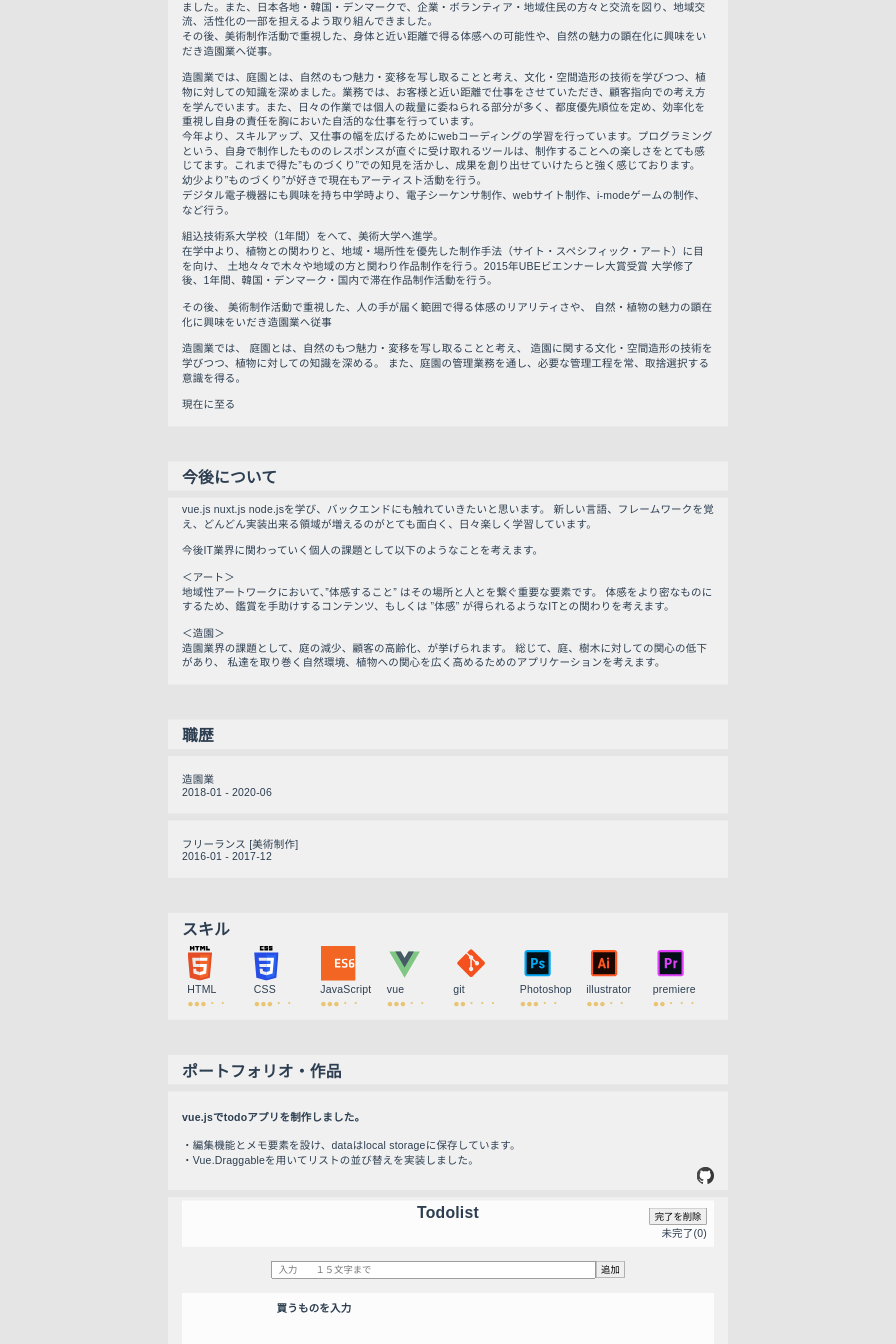
Repository: takeco/my-portfolio
Page: /
An editor plug-in stored every save of this project. The page is shown before and after a run of saves, followed by the edit.
The browser window is 1280 px wide. The pictures show the part of the page from y = 790 to 2710 px (the page is 4134 px tall before and 3793 px after), at 70% of full size.
The project was rebuilt for these pictures with package versions that can differ from the ones it lists, and the page was loaded fresh each time.

Above is the page before, as saved 2020-08-25 16:40:49.

After the next 2 saves:
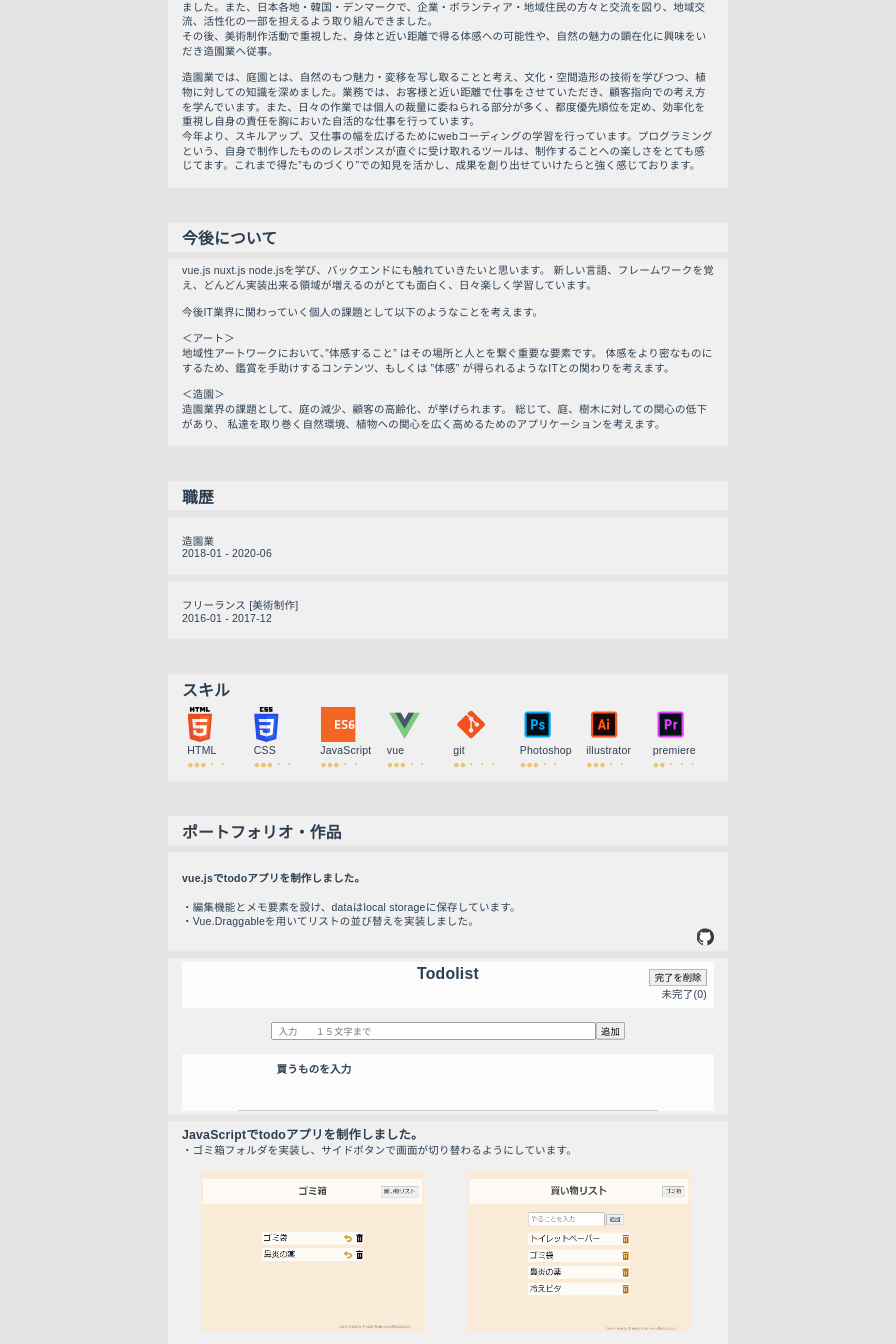
The 2 saves are shown as one change because they came seconds apart.
The last was saved 28 s later.
--- a/src/components/MainContents.vue
+++ b/src/components/MainContents.vue
@@ -40,24 +40,6 @@
             <br />
             <br />造園業では、庭園とは、自然のもつ魅力・変移を写し取ることと考え、文化・空間造形の技術を学びつつ、植物に対しての知識を深めました。業務では、お客様と近い距離で仕事をさせていただき、顧客指向での考え方を学んでいます。また、日々の作業では個人の裁量に委ねられる部分が多く、都度優先順位を定め、効率化を重視し自身の責任を胸においた自活的な仕事を行っています。
             <br />今年より、スキルアップ、又仕事の幅を広げるためにwebコーディングの学習を行っています。プログラミングという、自身で制作したもののレスポンスが直ぐに受け取れるツールは、制作することへの楽しさをとても感じてます。これまで得た”ものづくり”での知見を活かし、成果を創り出せていけたらと強く感じております。
-            <br />幼少より”ものづくり”が好きで現在もアーティスト活動を行う。
-            <br />デジタル電子機器にも興味を持ち中学時より、電子シーケンサ制作、webサイト制作、i-modeゲームの制作、など行う。
-            <br />
-            <br />組込技術系大学校（1年間）をへて、美術大学へ進学。
-            <br />在学中より、植物との関わりと、地域・場所性を優先した制作手法（サイト・スペシフィック・アート）に目を向け、
-            土地々々で木々や地域の方と関わり作品制作を行う。2015年UBEビエンナーレ大賞受賞
-            大学修了後、1年間、韓国・デンマーク・国内で滞在作品制作活動を行う。
-            <br />
-            <br />その後、
-            美術制作活動で重視した、人の手が届く範囲で得る体感のリアリティさや、
-            自然・植物の魅力の顕在化に興味をいだき造園業へ従事
-            <br />
-            <br />造園業では、
-            庭園とは、自然のもつ魅力・変移を写し取ることと考え、
-            造園に関する文化・空間造形の技術を学びつつ、植物に対しての知識を深める。
-            また、庭園の管理業務を通し、必要な管理工程を常、取捨選択する意識を得る。
-            <br />
-            <br />現在に至る
             <br />
             <br />
           </p>
